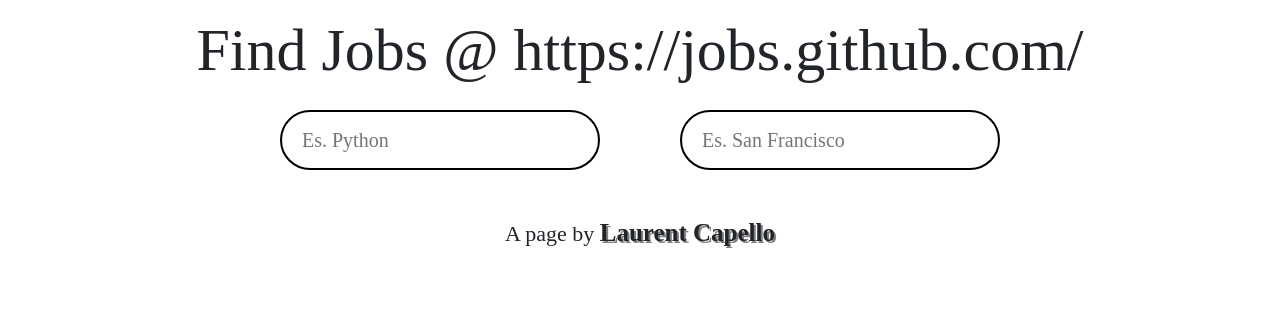
Repository: sokafootball/job-finder
Page: /
The author's editor kept a copy of each file at every save. The page is drawn from the files as they stood at one save, then again after the next save.
The browser window is 1280 px wide. The pictures show the whole page.
The page's requests for data from a server got no answer. The project was rebuilt for these pictures with package versions that can differ from the ones it lists, and the page was loaded fresh each time. No one was signed in, and anything a server would have sent is missing. Also part of the build but not shown: src/components/JobCard/JobCard.css, src/components/JobCard/JobCard.js.

Above is the page before, as saved 2020-10-22 18:16:26.

### src/index.js
import 'bootstrap/dist/css/bootstrap.css';
import React from 'react';
import ReactDOM from 'react-dom';
import './index.css';
import App from './components/App/App';
import * as serviceWorker from './serviceWorker';

ReactDOM.render(
  <React.StrictMode>
    <App />
  </React.StrictMode>,
  document.getElementById('root')
);

// If you want your app to work offline and load faster, you can change
// unregister() to register() below. Note this comes with some pitfalls.
// Learn more about service workers: https://bit.ly/CRA-PWA
serviceWorker.unregister();

### src/index.css
body {
  margin: 0;
  font-family: -apple-system, BlinkMacSystemFont, 'Segoe UI', 'Roboto', 'Oxygen',
    'Ubuntu', 'Cantarell', 'Fira Sans', 'Droid Sans', 'Helvetica Neue',
    sans-serif;
  -webkit-font-smoothing: antialiased;
  -moz-osx-font-smoothing: grayscale;
}

code {
  font-family: source-code-pro, Menlo, Monaco, Consolas, 'Courier New',
    monospace;
}

/* http://meyerweb.com/eric/tools/css/reset/
   v2.0 | 20110126
   License: none (public domain)
*/

html, body, div, span, applet, object, iframe,
h1, h2, h3, h4, h5, h6, p, blockquote, pre,
a, abbr, acronym, address, big, cite, code,
del, dfn, em, img, ins, kbd, q, s, samp,
small, strike, strong, sub, sup, tt, var,
b, u, i, center,
dl, dt, dd, ol, ul, li,
fieldset, form, label, legend,
table, caption, tbody, tfoot, thead, tr, th, td,
article, aside, canvas, details, embed,
figure, figcaption, footer, header, hgroup,
menu, nav, output, ruby, section, summary,
time, mark, audio, video {
	margin: 0;
	padding: 0;
	border: 0;
	font-size: 100%;
	font: inherit;
	vertical-align: baseline;
}
/* HTML5 display-role reset for older browsers */
article, aside, details, figcaption, figure,
footer, header, hgroup, menu, nav, section {
	display: block;
}
body {
	line-height: 1;
}
ol, ul {
	list-style: none;
}
blockquote, q {
	quotes: none;
}
blockquote:before, blockquote:after,
q:before, q:after {
	content: '';
	content: none;
}
table {
	border-collapse: collapse;
	border-spacing: 0;
}

### src/components/App/App.js
import React from 'react';
import './App.css';
import Footer from "../Footer/Footer"
import Header from "../Header/Header"
import MainContent from "../MainContent/MainContent"
import Background from "../../background.jpg"

function App() {


  const style ={
    backgroundColor: "hsl(206, 29%, 66%)"
  }

  return (
    <div id="main-div" style={{style}}>
      <Header />
      <MainContent />
      <Footer />
    </div>
  );
}

export default App;

### src/components/App/App.css
body{

}

.App {
  text-align: center;
}

.App-logo {
  height: 40vmin;
  pointer-events: none;
}

@media (prefers-reduced-motion: no-preference) {
  .App-logo {
    animation: App-logo-spin infinite 20s linear;
  }
}

.App-header {
  background-color: #282c34;
  min-height: 100vh;
  display: flex;
  flex-direction: column;
  align-items: center;
  justify-content: center;
  font-size: calc(10px + 2vmin);
  color: white;
}

.App-link {
  color: #61dafb;
}

@keyframes App-logo-spin {
  from {
    transform: rotate(0deg);
  }
  to {
    transform: rotate(360deg);
  }
}

#main-div{
  align-items: center;
  display: flex;
  flex-direction: column;
  margin-top: 20px;
}

### src/components/Footer/Footer.js
import React from 'react';
import './Footer.css';

function Footer(){
  return (
    <p id="footer">A page by <span id="signature">Laurent Capello</span></p>
  )
}

export default Footer

### src/components/Header/Header.js
import React from 'react';
import './Header.css';

function Header(){
  return (
      <p id="title">Find Jobs @ https://jobs.github.com/</p>
  )
}

export default Header

### src/components/MainContent/MainContent.js
import React, {useState, useEffect, useCallback} from 'react';
import _ from 'lodash';
import './MainContent.css';
import SearchForm from "../SearchForm/SearchForm"
import JobCard from "../JobCard/JobCard"

function MainContent(){
  const[jobCards, setJobCards] = useState([])
  const[data, setData] = useState([])
  const[userInput, setUserInput] = useState({
    description: "",
    location: "",
    fullTime: true
  })

  const handleFormChange = e => {
    const {name, value, type, checked} = e.target
    type === "checkbox"
      ? setUserInput({...userInput, [name]: checked})
      : setUserInput({...userInput,[name]: value})
  }

  const buildUrl = () => {
    let url = "https://jobs.github.com/positions.json?"
    url += userInput.description ? `&description=${userInput.description}` : ""
    url += userInput.location ? `&location=${userInput.location}` : ""
    url += userInput.fullTime ? `&full_time=${userInput.fullTime}` : ""
    return url
    }

  const getData = url => {
    fetch(url)
    .then(response => response.json())
    .then(data => setData(data))
  }

  const debouncedGetData = useCallback(_.debounce(getData, 1500,{leading: true}),[])

  useEffect(() => {
    const url = buildUrl()
    debouncedGetData(url)
  // eslint-disable-next-line react-hooks/exhaustive-deps
  }, [userInput])

  useEffect(() => {
    let cards = []
    if(data.length !== 0) {
      cards = data.map(job => {
        return <JobCard
          key={job.id}
          date={job.created_at}
          logo={job.company_logo}
          company={job.company}
          location={job.location}
          type={job.type}
          title={job.title}
          url={job.url}
          description={job.description}
        />
     })
    }
    setJobCards(cards)
  // eslint-disable-next-line react-hooks/exhaustive-deps
  }, [data])

    return (
      <div id="main">
        <SearchForm
          handleFormChange={handleFormChange}
          userInput={userInput}
        />
        {jobCards}
      </div>
    )
}

export default MainContent

### src/components/Footer/Footer.css
#footer{
  font-size: 22px;
  margin: 20px 0px 30px 0px;
}

#signature{
  text-shadow: grey 2px 2px;
  font-size: 25px;
  font-weight: 800;
}

### src/components/Header/Header.css
#title{
  font-size: 60px;
}

### src/components/MainContent/MainContent.css
#main{
  align-items: center;
  display: flex;
  flex-direction: column;
  justify-content: space-between;
}

### src/components/SearchForm/SearchForm.js
import React from 'react';
import './SearchForm.css';

function SearchForm(props){
  return (
    <div id="form-container">
        <input
          className="input-text"
          name="description"
          type="text"
          onChange={e => props.handleFormChange(e)}
          placeholder="Es. Python"
          value={props.userInput.description}
        />
        <input
          className="input-text"
          name="location"
          type="text"
          onChange={e => props.handleFormChange(e)}
          placeholder="Es. San Francisco"
          value={props.userInput.location}
        />
    </div>
  )
}

export default SearchForm

### src/components/SearchForm/SearchForm.css
input{
  cursor: pointer;
}

.input-text {
  border: 2px solid black;
  border-radius: 30px;
  font-size: 20px;
  height: 60px;
  outline: none;
  padding: 0px 20px;
  width: 40%;
}

#form-container{
  display: flex;
  justify-content: space-around;
  margin: 30px;
  width: 800px;
}

Loaded but not shown: public/index.html (common file); src/serviceWorker.js (common file)

After the next save:
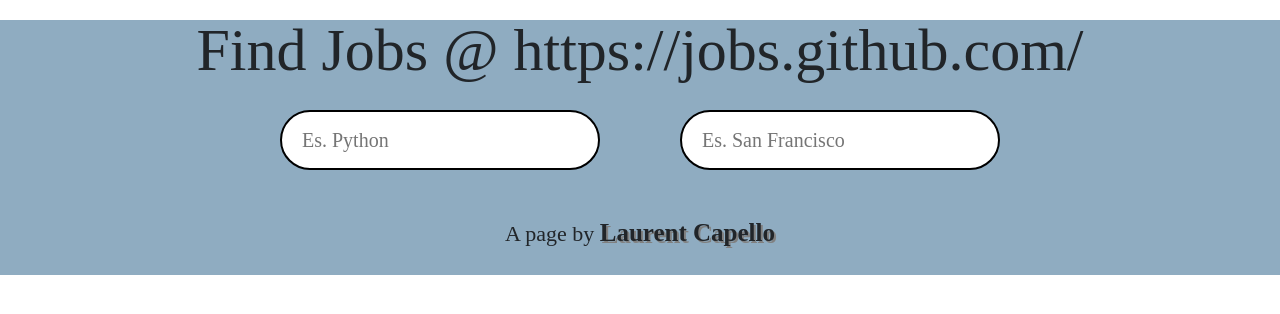
Saved 2 min 30 s later.
--- a/src/components/App/App.js
+++ b/src/components/App/App.js
@@ -13,7 +13,7 @@
   }
 
   return (
-    <div id="main-div" style={{style}}>
+    <div id="main-div" style={{backgroundColor: "hsl(206, 29%, 66%)"}}>
       <Header />
       <MainContent />
       <Footer />
